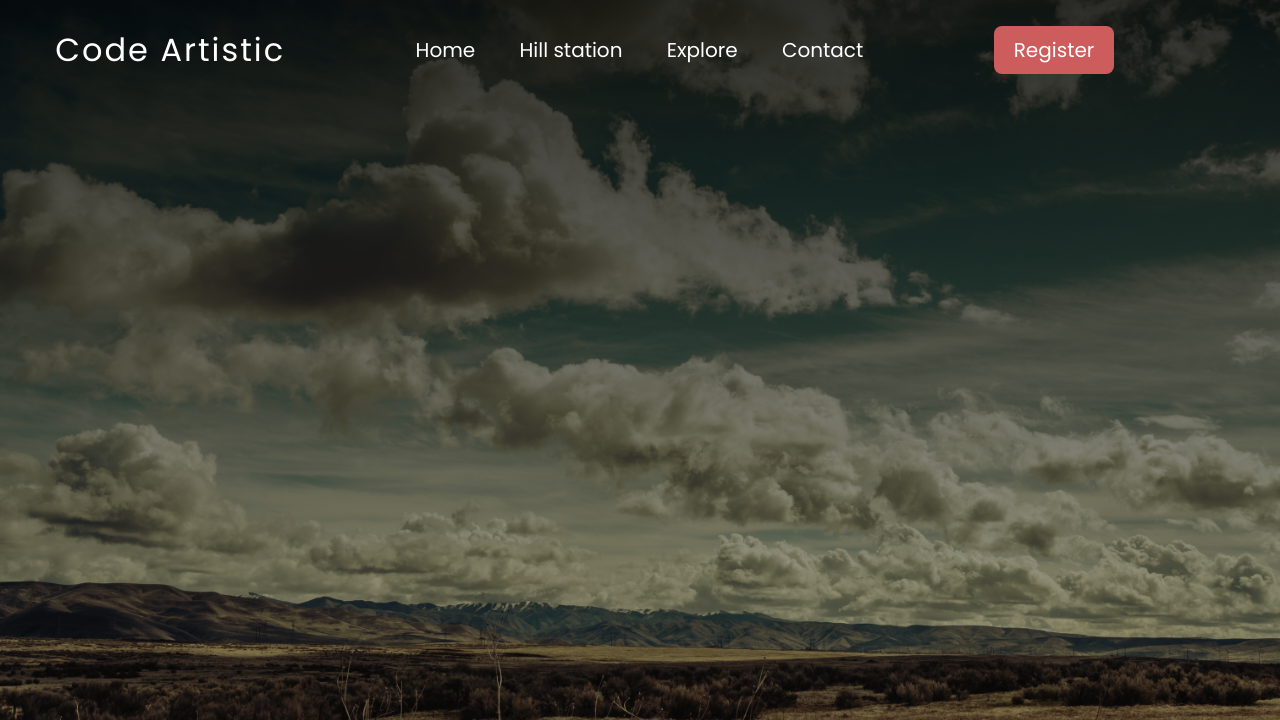
Repository: Ruxmary7/energy
Page: starter/index.html
The author's editor kept a copy of each file at every save. The page is drawn from the files as they stood at one save, then again after a run of saves.
The browser window is 1280 px wide. The pictures show the whole page.

Above is the page before, as saved 2025-01-10 22:09:18.

After the next 2 saves:
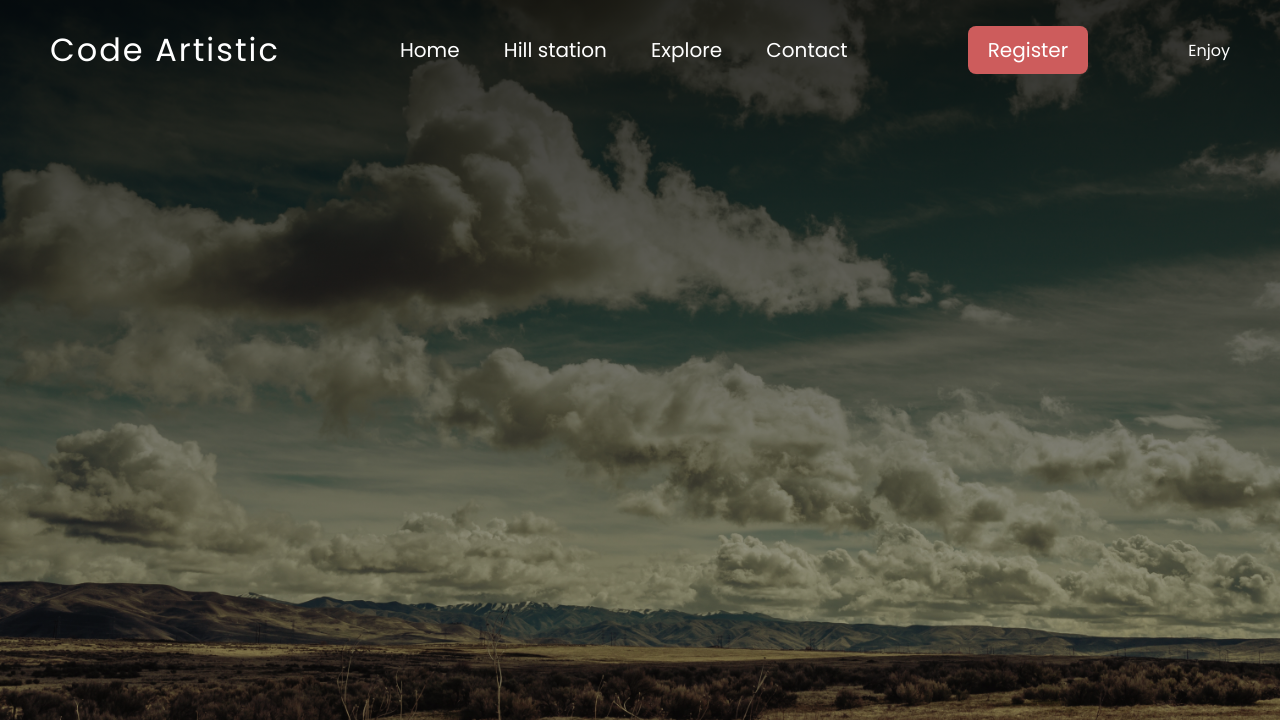
The 2 saves are shown as one change because they came seconds apart.
The last was saved 12 s later.
--- a/starter/index.html
+++ b/starter/index.html
@@ -22,9 +22,7 @@ Code Artistic
 <div class="register">
     <a href="#">Register</a>
 </div>
-<section><span>
-
-</span></section>
+<section><span>Enjoy</span></section>
 
     </header>
 </body>
